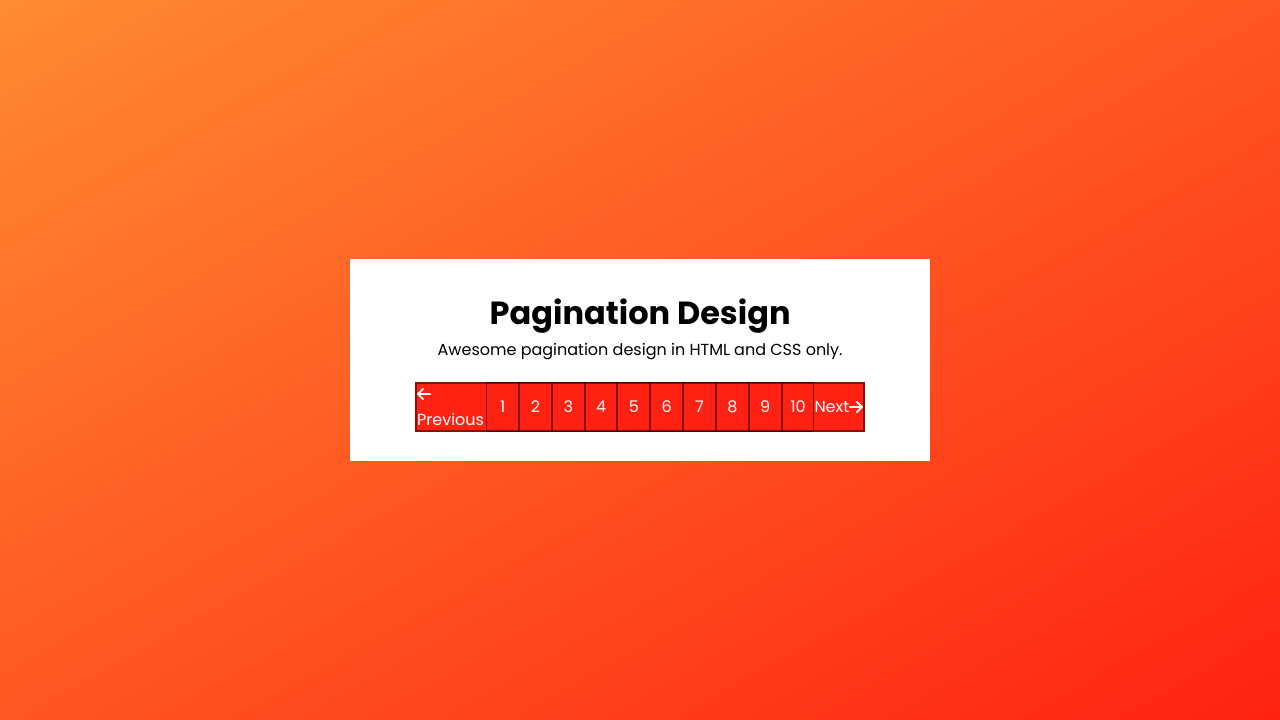
Repository: Ankitkr2021/Awesome-Pagination
Page: index.html
These files come from the project's save history. The page is drawn as it stood at one moment and after the next save; the edit follows.
The browser window is 1280 px wide. The pictures show the whole page.

Above is the page before, as saved 2025-10-02 09:10:35.

### index.html
<!DOCTYPE html>
<html lang="en">
<head>
    <meta charset="UTF-8">
    <meta name="viewport" content="width=device-width, initial-scale=1.0">
    <title>Document</title>
    <link rel="stylesheet" href="https://cdnjs.cloudflare.com/ajax/libs/font-awesome/6.5.0/css/all.min.css">
    <link rel="stylesheet" href="./style.css">
</head>
<body>
    <div class="page">
        <h1>Pagination Design</h1>
        <p>Awesome pagination design in HTML and CSS only.</p>
        <div class="box">
             <div><i class="fas fa-arrow-left"></i> Previous</div>
            <div style="width: 40px;height: 50px; border: 1px solid rgba(0, 0, 0, 0.475);display: flex; justify-content: center; align-items: center;">1</div>
            <div style="width: 40px;height: 50px; border: 1px solid rgba(0, 0, 0, 0.475);display: flex; justify-content: center; align-items: center;">2</div>
            <div style="width: 40px;height: 50px; border: 1px solid rgba(0, 0, 0, 0.475);display: flex; justify-content: center; align-items: center;">3</div>
            <div style="width: 40px;height: 50px; border: 1px solid rgba(0, 0, 0, 0.475);display: flex; justify-content: center; align-items: center;">4</div>
            <div style="width: 40px;height: 50px; border: 1px solid rgba(0, 0, 0, 0.475);display: flex; justify-content: center; align-items: center;">5</div>
            <div style="width: 40px;height: 50px; border: 1px solid rgba(0, 0, 0, 0.475);display: flex; justify-content: center; align-items: center;">6</div>
            <div style="width: 40px;height: 50px; border: 1px solid rgba(0, 0, 0, 0.475);display: flex; justify-content: center; align-items: center;">7</div>
            <div style="width: 40px;height: 50px; border: 1px solid rgba(0, 0, 0, 0.475);display: flex; justify-content: center; align-items: center;">8</div>
            <div style="width: 40px;height: 50px; border: 1px solid rgba(0, 0, 0, 0.475);display: flex; justify-content: center; align-items: center;">9</div>
            <div style="width: 40px;height: 50px; border: 1px solid rgba(0, 0, 0, 0.475);display: flex; justify-content: center; align-items: center;">10</div>
            Next<i class="fas fa-arrow-right"></i>
        </div>
    </div>
</body>
</html>

### style.css
@import url("https://fonts.googleapis.com/css2?family=Poppins:wght@300;400;500;600;700&display=swap");

*{
    margin: 0;
    padding: 0;
    box-sizing: border-box;
    font-family: "Poppins",sans-serif;
}

body{
    display: flex;
   justify-content: center;
   align-items: center;
    height: 100vh;
    width: 100%;
    background: linear-gradient(to bottom right, rgb(255, 139, 50), rgb(255, 34, 18));
}

.page{
   display: flex;
   justify-content: center;
   align-items: center;
   flex-direction: column;
   background: #fff;
   width: 580px;
   height: 202px;
}

h1 {
    padding: 0 20px;
}

p {
    margin-bottom: 20px;
}

.box {
    background: rgb(255, 34, 18);
    color: #fff;
    height: 50px;
    width: 450px;
    display: flex;
    justify-content: space-evenly;
    align-items: center;
    border: 2px solid rgba(0, 0, 0, 0.475);
}

After the next save:
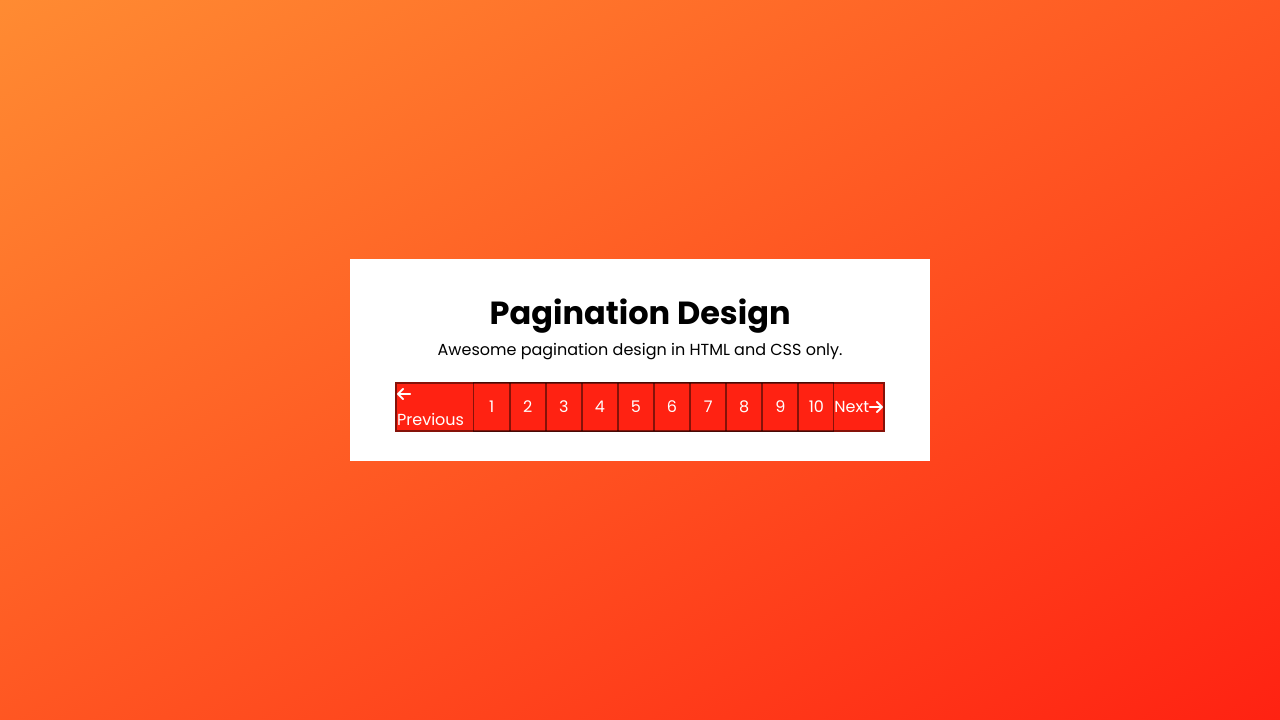
Saved 15 s later.
--- a/style.css
+++ b/style.css
@@ -38,7 +38,7 @@ p {
     background: rgb(255, 34, 18);
     color: #fff;
     height: 50px;
-    width: 450px;
+    width: 490px;
     display: flex;
     justify-content: space-evenly;
     align-items: center;
